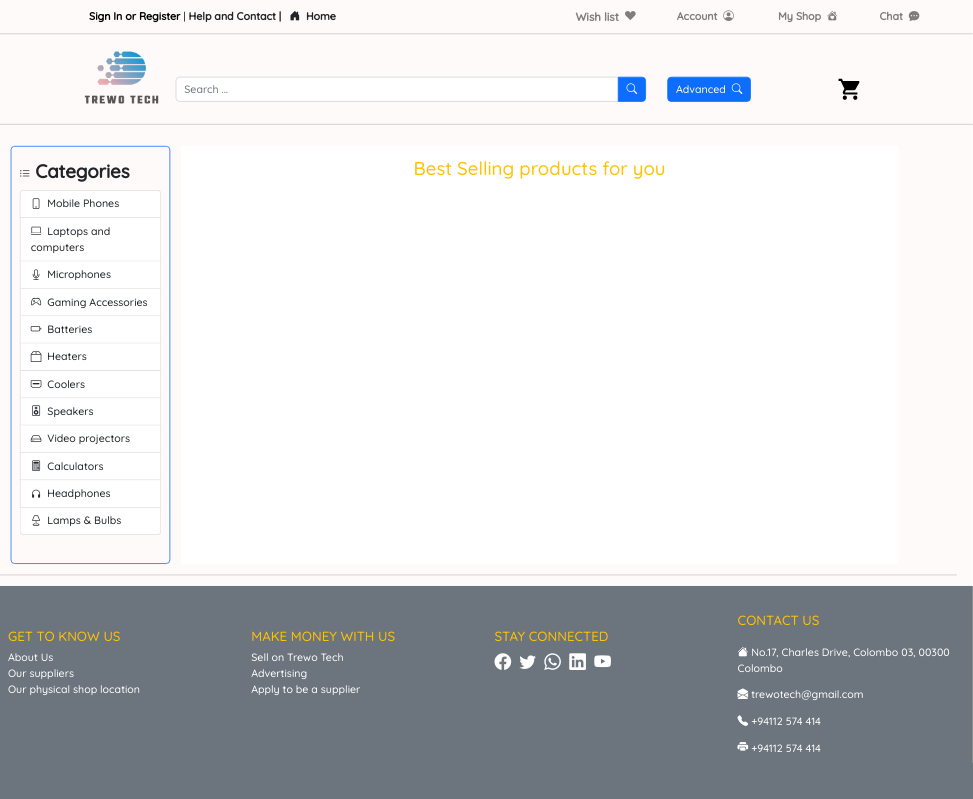
Repository: nethmidinanjana/trewotech
Page: http://localhost/trewotech/home.php
These files come from the project's save history. The page is drawn as it stood at one moment and after the next save; the edit follows.
The browser window is 1280 px wide. The pictures show the whole page, at 76% of full size.
Some web libraries are served in a nearby version. The page is run by PHP 8.4 with error messages shown; the project is at /var/www/html/. Queries for data that is not in the repository find no rows.

Above is the page before, as saved 2024-12-29 19:44:05.

After the next save:
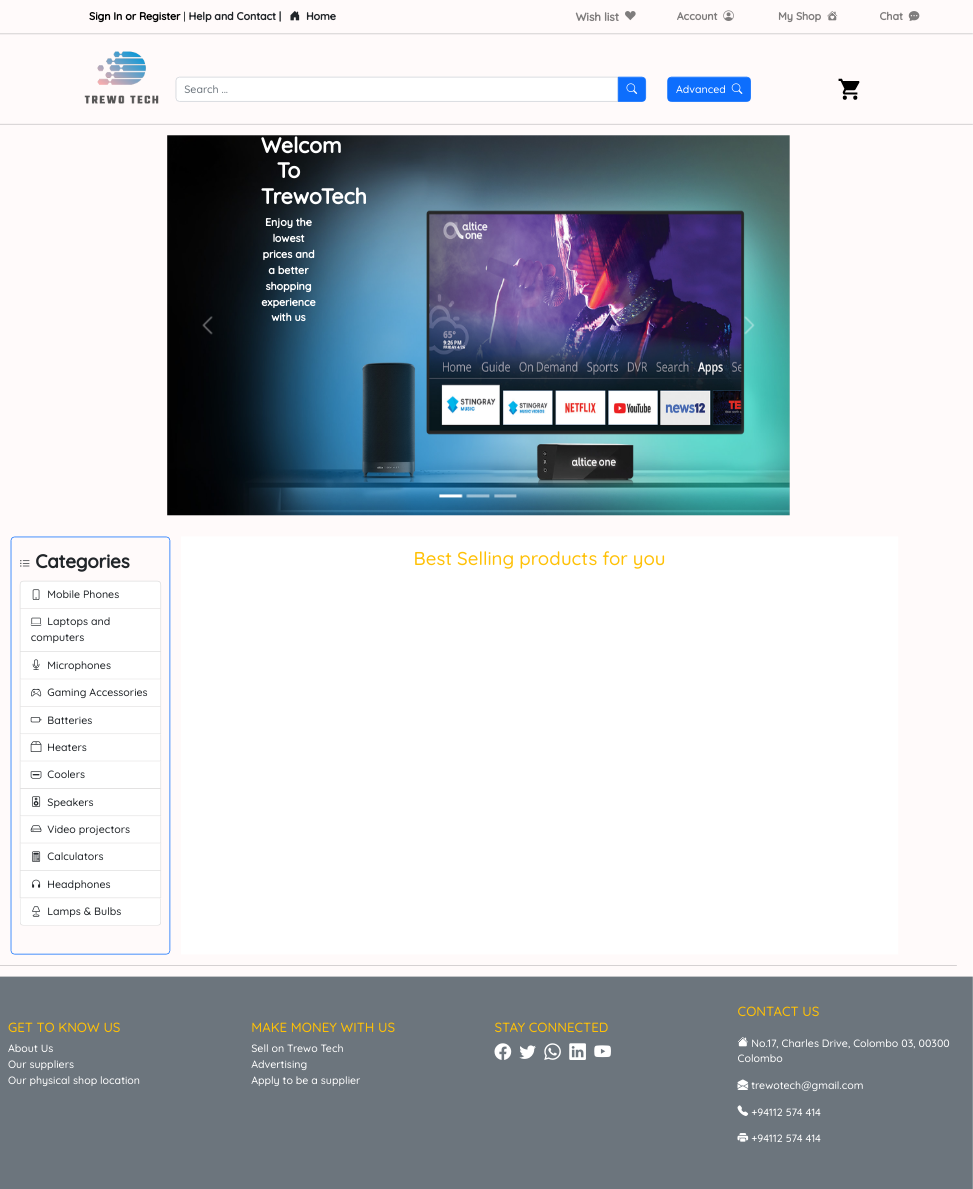
Saved 13 s later.
--- a/home.php
+++ b/home.php
@@ -48,7 +48,51 @@
             <hr>
 
             <div class="row" id="basicSearchResult">
-
+                <div class="col-12">
+                    <div class="row">
+
+                        <!-- carousel -->
+
+                        <div class="col-12 d-none d-lg-block mb-3">
+                            <div class="row">
+
+                                <div id="carouselExampleIndicators" class="carousel slide offset-2 col-8 carousel-fade" data-bs-ride="true">
+                                    <div class="carousel-indicators">
+                                        <button type="button" data-bs-target="#carouselExampleIndicators" data-bs-slide-to="0" class="active" aria-current="true" aria-label="Slide 1"></button>
+                                        <button type="button" data-bs-target="#carouselExampleIndicators" data-bs-slide-to="1" aria-label="Slide 2"></button>
+                                        <button type="button" data-bs-target="#carouselExampleIndicators" data-bs-slide-to="2" aria-label="Slide 3"></button>
+                                    </div>
+                                    <div class="carousel-inner">
+                                        <div class="carousel-item active">
+                                            <img src="resource/carouselImag3.jpg" class="d-block w-100" style="height: 500px;">
+                                            <div class="carousel-caption d-none d-md-block" style="margin-bottom: 200px; margin-right: 500px;">
+                                                <h2 class="fw-bolder">Welcom To TrewoTech</h2>
+                                                <p class="fw-bold">Enjoy the lowest prices and a better shopping experience with us</p>
+                                            </div>
+                                        </div>
+                                        <div class="carousel-item">
+                                            <img src="resource/carousel (1).png" class="d-block w-100" style="height: 500px;">
+                                        </div>
+                                        <div class="carousel-item">
+                                            <img src="resource/carousel (2).png" class="d-block w-100" style="height: 500px;">
+                                        </div>
+                                    </div>
+                                    <button class="carousel-control-prev" type="button" data-bs-target="#carouselExampleIndicators" data-bs-slide="prev">
+                                        <span class="carousel-control-prev-icon" aria-hidden="true"></span>
+                                        <span class="visually-hidden">Previous</span>
+                                    </button>
+                                    <button class="carousel-control-next" type="button" data-bs-target="#carouselExampleIndicators" data-bs-slide="next">
+                                        <span class="carousel-control-next-icon" aria-hidden="true"></span>
+                                        <span class="visually-hidden">Next</span>
+                                    </button>
+                                </div>
+                            </div>
+                        </div>
+
+                        <!-- carousel -->
+
+                    </div>
+                </div>
 
                 <div class="col-12">
                     <div class="row">

After the save that followed:
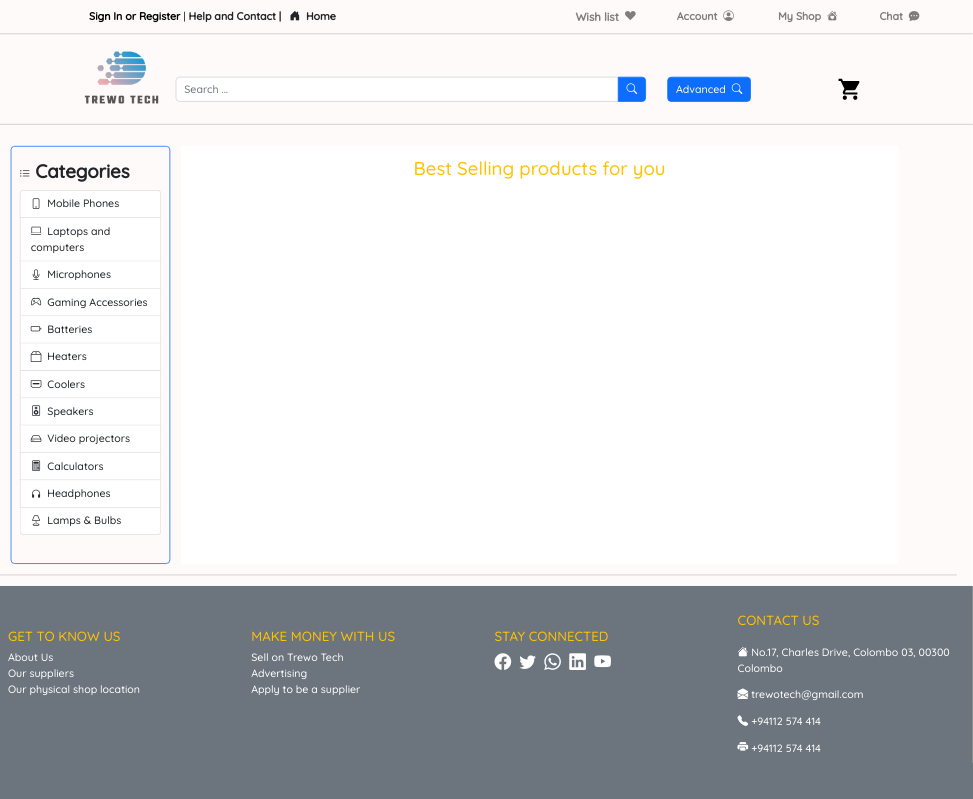
Saved 5 s later.
--- a/home.php
+++ b/home.php
@@ -53,7 +53,7 @@
 
                         <!-- carousel -->
 
-                        <div class="col-12 d-none d-lg-block mb-3">
+                        <!-- <div class="col-12 d-none d-lg-block mb-3">
                             <div class="row">
 
                                 <div id="carouselExampleIndicators" class="carousel slide offset-2 col-8 carousel-fade" data-bs-ride="true">
@@ -87,7 +87,7 @@
                                     </button>
                                 </div>
                             </div>
-                        </div>
+                        </div> -->
 
                         <!-- carousel -->
 
